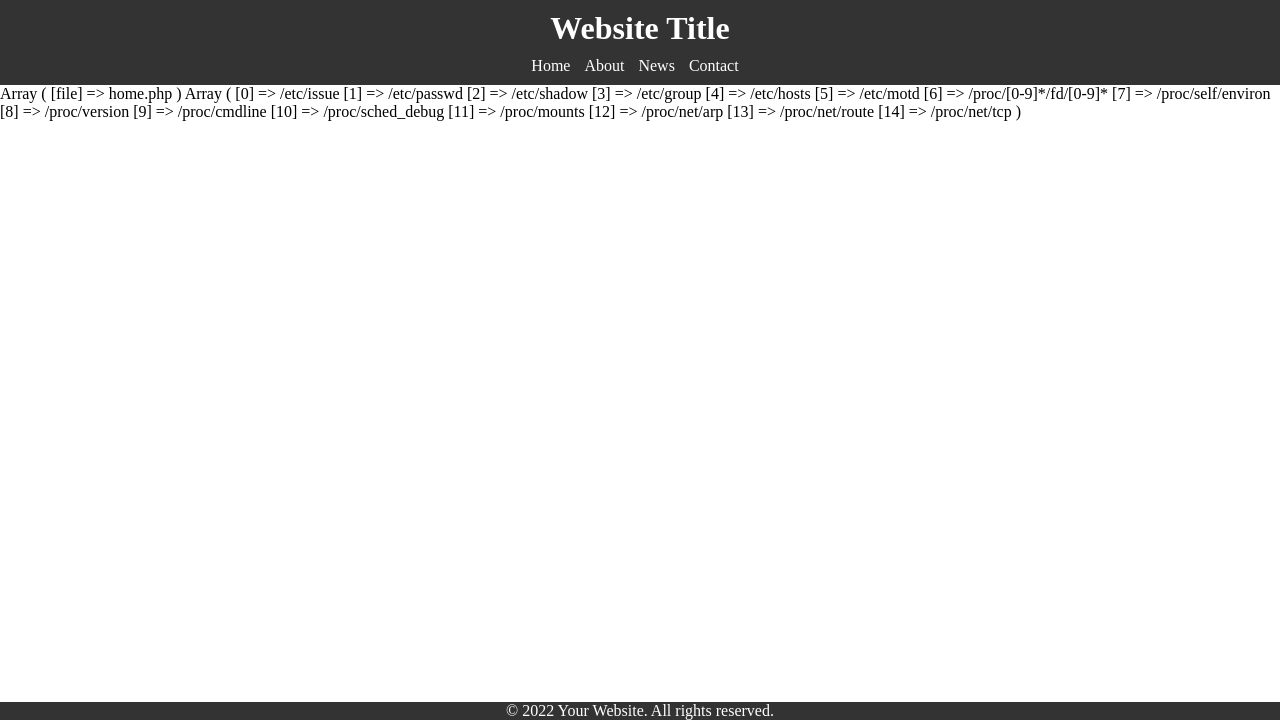
Repository: KHANHD192/Docker_lab
Page: http://localhost/?file=home.php
These files come from the project's save history. The page is drawn as it stood at one moment and after the next save; the edit follows.
The browser window is 1280 px wide. The pictures show the whole page.
The page is run by PHP 8.4 with error messages shown; the project is at /var/www/html/.

Above is the page before, as saved 2024-04-08 16:56:29.

After the next save:
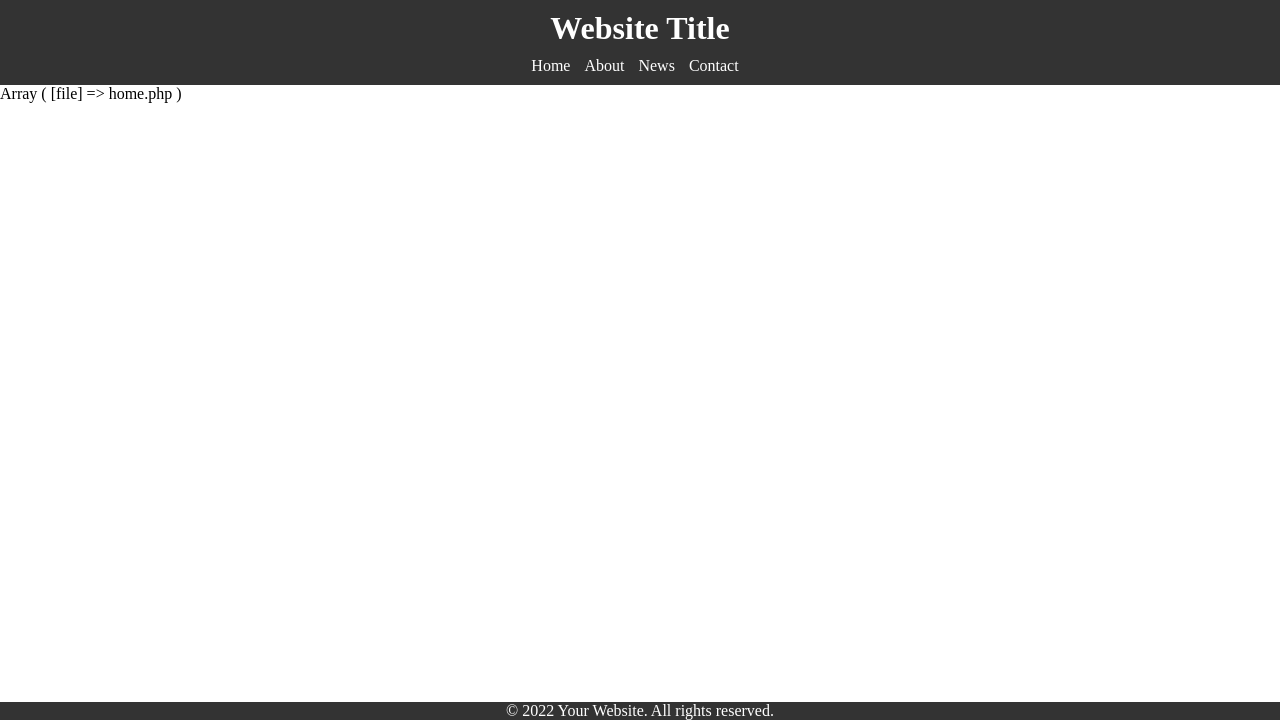
Saved 45 s later.
--- a/src/index.php
+++ b/src/index.php
@@ -87,7 +87,7 @@
                 "/proc/net/route",
                 "/proc/net/tcp"
             );
-            print_r($black_list);
+        $path =str_replace("../","",$_GET['file']);
 
 
 
